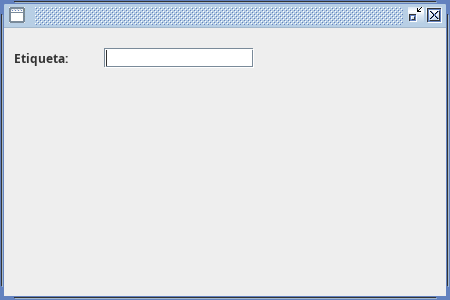
Repository: Mayky23/eclipse-workspace
Program's window: java JavaHelp/src/JavaHelp/VentanaSecundaria.java
An editor plug-in stored every save of this project. The program's window is shown before and after the next save, followed by the edit.
It runs on Java 21 on a 1366 x 768 screen with the Metal look.

Above is the program's window before, as saved 2024-01-11 18:16:23.

After the next save:
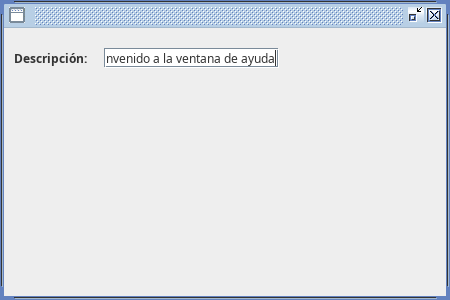
Saved 6 min 33 s later.
--- a/JavaHelp/src/JavaHelp/VentanaSecundaria.java
+++ b/JavaHelp/src/JavaHelp/VentanaSecundaria.java
@@ -36,13 +36,14 @@
         contentPane.setLayout(null);  // Puedes cambiar el diseño según tus necesidades
 
         // Añadir un JLabel
-        JLabel etiqueta = new JLabel("Etiqueta:");
+        JLabel etiqueta = new JLabel("Descripción: ");
         etiqueta.setBounds(10, 20, 80, 20);
         contentPane.add(etiqueta);
 
         // Añadir un JTextField
-        JTextField textField = new JTextField();
-        textField.setBounds(100, 20, 150, 20);
-        contentPane.add(textField);
+        JTextField txtBienvenidoALa = new JTextField();
+        txtBienvenidoALa.setText("Bienvenido a la ventana de ayuda");
+        txtBienvenidoALa.setBounds(100, 20, 175, 20);
+        contentPane.add(txtBienvenidoALa);
     }
 }
